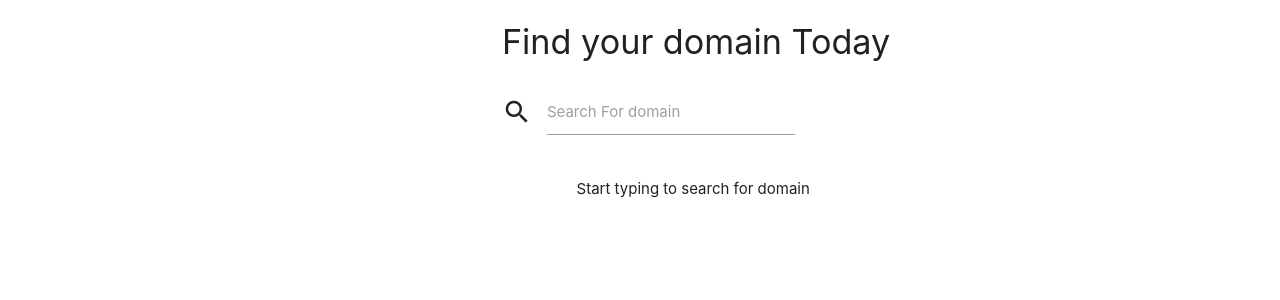
Repository: habib-urrehmaan/domain-name-searcher
Page: / (app in client/)
The author's editor kept a copy of each file at every save. The page is drawn from the files as they stood at one save, then again after the next save.
The browser window is 1280 px wide. The pictures show the whole page.
The project was rebuilt for these pictures with package versions that can differ from the ones it lists, and the page was loaded fresh each time.

Above is the page before, as saved 2020-04-17 18:12:53.

### client/public/index.html
<!DOCTYPE html>
<html lang="en">
  <head>
    <meta charset="utf-8" />
    <link rel="icon" href="%PUBLIC_URL%/favicon.ico" />
    <meta name="viewport" content="width=device-width, initial-scale=1" />
    <meta name="theme-color" content="#000000" />
    <meta
      name="description"
      content="Web site created using create-react-app"
    />
    <link rel="apple-touch-icon" href="%PUBLIC_URL%/logo192.png" />
    <!--
      manifest.json provides metadata used when your web app is installed on a
      user's mobile device or desktop. See https://developers.google.com/web/fundamentals/web-app-manifest/
    -->
    <link rel="manifest" href="%PUBLIC_URL%/manifest.json" />
    <!--
      Notice the use of %PUBLIC_URL% in the tags above.
      It will be replaced with the URL of the `public` folder during the build.
      Only files inside the `public` folder can be referenced from the HTML.

      Unlike "/favicon.ico" or "favicon.ico", "%PUBLIC_URL%/favicon.ico" will
      work correctly both with client-side routing and a non-root public URL.
      Learn how to configure a non-root public URL by running `npm run build`.
    -->
    <link rel="stylesheet" href="https://cdnjs.cloudflare.com/ajax/libs/materialize/1.0.0/css/materialize.min.css">
    <link href="https://fonts.googleapis.com/icon?family=Material+Icons" rel="stylesheet">
     <!-- Compiled and minified JavaScript -->
     <script src="https://cdnjs.cloudflare.com/ajax/libs/materialize/1.0.0/js/materialize.min.js"></script>
    <title>React App</title>
  </head>
  <body>
    <noscript>You need to enable JavaScript to run this app.</noscript>
    <div id="root"></div>
    <!--
      This HTML file is a template.
      If you open it directly in the browser, you will see an empty page.

      You can add webfonts, meta tags, or analytics to this file.
      The build step will place the bundled scripts into the <body> tag.

      To begin the development, run `npm start` or `yarn start`.
      To create a production bundle, use `npm run build` or `yarn build`.
    -->
  </body>
</html>

### client/src/index.js
import React from 'react';
import ReactDOM from 'react-dom';
import './index.css';
import App from './App';

ReactDOM.render(
  <React.StrictMode>
    <App />
  </React.StrictMode>,
  document.getElementById('root')
);

// If you want your app to work offline and load faster, you can change
// unregister() to register() below. Note this comes with some pitfalls.
// Learn more about service workers: https://bit.ly/CRA-PWA
// serviceWorker.unregister();

### client/src/App.js
import React from 'react';
import Search from './Search';
import Output from './Output';

class App extends React.Component {

  constructor(props)
  {
    super(props);
    this.state ={
      output:null
    }
  }


  setAppOutput = (outputData) =>
  {
    console.log("setting output value")

    this.setState({
      output:outputData
    })
  }

  render()
  {
    return (
      <>
      <div className="App container">
        <Search setOutput={this.setAppOutput}/>
        <Output data={this.state.output}/>
      </div>
      </>
    );
  }
}

export default App;

### client/src/Search.js
import React, { Component } from 'react'
import axios from 'axios'

class Search extends Component {

    constructor(props)
    {
        super(props);
        console.log(props)
    }

    onChangeHandler = (e) =>
    {
        axios({
            'method': 'GET',
            'url': `http://localhost:5000/domain/search?domain=${e.target.value}`,
            'ContentType':'application/json'
        }).then((response)=>{

            var obj = JSON.parse(response.data.data);
            this.props.setOutput(obj);
        }).catch(error=>{
            console.log(error);
        });
    }

    render() {
        return (
            <div>
                <div className="row">
                    <div className="col offset-s4">
                        <h4>Find your domain Today</h4>
                    </div>
                    <div className="input-field col offset-s4">
                        <i className="material-icons prefix">search</i>
                        <input id="search" type="text" className="validate" onChange={this.onChangeHandler}/>
                        <label htmlFor="search">Search For domain</label>
                    </div>
                </div>
            </div>
        )
    }
}

export default Search;

### client/src/Output.js
import React from 'react'

export default function Output(props) {

    let {data} = props;
    console.log("output data",data);
    return (
        <div className="row">
        {(data)?(<div className="col offset-s5">{(data.available)?(<div><span>Congratulations! This domain is available</span><br/>
            <span><b>Price:</b>{data.price}{data.currency}</span></div>):(data.code)?(<div>{data.message}</div>):(<span>Sorry this domain is not Available</span>)}</div>)
            :(<div className="col offset-s5">Start typing to search for domain</div>)}


        </div>
    )
}

Loaded but not shown: client/src/index.css (common file)

After the next save:
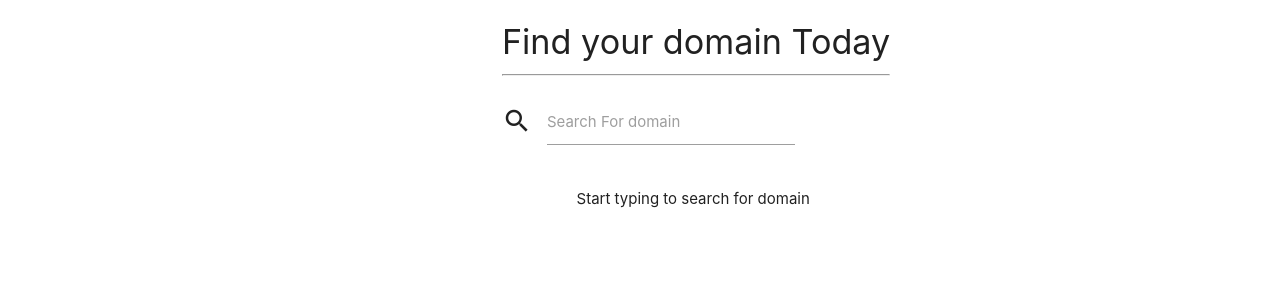
Saved 16 s later.
--- a/client/src/Search.js
+++ b/client/src/Search.js
@@ -29,7 +29,7 @@ class Search extends Component {
             <div>
                 <div className="row">
                     <div className="col offset-s4">
-                        <h4>Find your domain Today</h4>
+                        <h4>Find your domain Today</h4><hr/>
                     </div>
                     <div className="input-field col offset-s4">
                         <i className="material-icons prefix">search</i>
